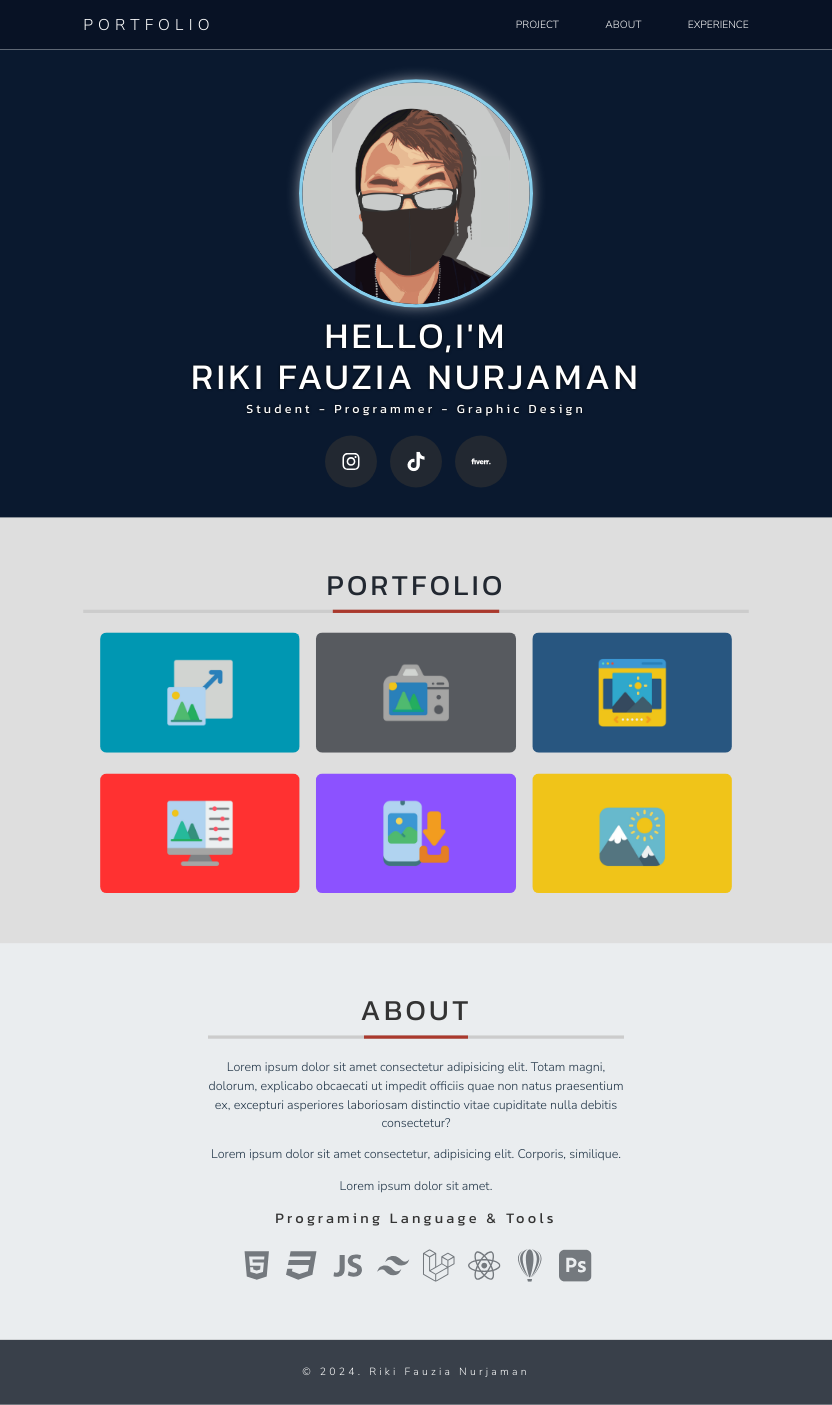
Repository: sellayspy/Portofolio
Page: /
The author's editor kept a copy of each file at every save. The page is drawn from the files as they stood at one save, then again after the next save.
The browser window is 1280 px wide. The pictures show the whole page, at 65% of full size.
The project was rebuilt for these pictures with package versions that can differ from the ones it lists, and the page was loaded fresh each time. Also part of the build but not shown: vite.config.js, src/styles/DetailPortfolio.css, src/components/ScrollToTop.jsx, src/pages/DetailPortfolio.jsx, src/pages/PagesNotFound.jsx, src/pages/Experience.jsx.

Above is the page before, as saved 2024-09-14 09:10:58.

### index.html
<!DOCTYPE html>
<html lang="en">
  <head>
    <meta charset="UTF-8" />
    <link rel="icon" type="image/svg+xml" href="/vite.svg" />
    <meta name="viewport" content="width=device-width, initial-scale=1.0" />
    <title>Portofolio RikiFN</title>
  </head>
  <body>
    <div id="root"></div>
    <script type="module" src="/src/main.jsx"></script>
  </body>
</html>

### src/App.jsx
import "./App.css";
import Home from "./pages/Home";
import DetailPortfolio from "./pages/DetailPortfolio";

import { BrowserRouter, Routes, Route } from "react-router-dom";
import PagesNotFound from "./pages/PagesNotFound";
import Experience from "./pages/Experience";

const App = () => {
  return (
    <BrowserRouter>
      <Routes>
        <Route path="/" element={<Home />} />
        <Route path="/portfolio/:id" element={<DetailPortfolio />} />
        <Route path="/experince" element={<Experience />} />
        <Route path="/pages-not-found" element={<PagesNotFound />} />
        <Route path="*" element={<PagesNotFound />} />
      </Routes>
    </BrowserRouter>
  );
};

export default App;

### src/App.css
/* Global */
@import url("https://fonts.googleapis.com/css2?family=Nunito+Sans:opsz,wght@6..12,300&display=swap");
@import url("https://fonts.googleapis.com/css2?family=Kanit&display=swap");

html,
body {
  margin: 0px;
  padding: 0px;
  font-size: 16px;
  font-family: "Nunito Sans", sans-serif;
  scroll-behavior: smooth;
  background-color: #dedede;
}
.wrapper {
  width: 1024px;
  margin: auto;
  padding: 20px 0px 20px 0px;
}

section {
  padding: 50px 0px 50px 0px;
}

.wrapper > h3,
.wrapper > h1 {
  text-align: center;
  font-size: 2.8rem;
  margin: 0px 0px 30px 0px;
  padding: 0px;
  font-family: "Kanit", sans-serif;
  color: #222831;
  letter-spacing: 5px;
  text-transform: uppercase;
  border-bottom: 5px solid #cccccc;
}
.wrapper > h3::after,
.wrapper > h1::after {
  content: "";
  display: block;
  border-bottom: 5px solid #aa392d;
  width: 25%;
  position: relative;
  bottom: -5px; /* your padding + border-width */
  margin: auto;
}

@media only screen and (max-width: 1000px) {
  .wrapper {
    width: 80%;
  }
}

### src/pages/Home.jsx
import About from "../components/About";
import Footer from "../components/Footer";
import Header from "../components/Header";
import Navbar from "../components/Navbar";
import Portfolio from "../components/Portfolio";

function Home() {
  return (
    <>
      <Navbar />
      <Header />
      <Portfolio />
      <About />
      <Footer />
    </>
  );
}

export default Home;

### src/components/About.jsx
import { FaHtml5 } from "react-icons/fa";
import { IoLogoJavascript } from "react-icons/io";
import { FaCss3 } from "react-icons/fa";
import { FaLaravel } from "react-icons/fa";
import { FaReact } from "react-icons/fa";
import { RiTailwindCssFill } from "react-icons/ri";
import { SiCoreldraw } from "react-icons/si";
import { SiAdobephotoshop } from "react-icons/si";
import "../styles/About.css";

const About = () => {
  return (
    <section id="about">
      <div className="wrapper">
        <h3>About</h3>
        <p>
          Lorem ipsum dolor sit amet consectetur adipisicing elit. Totam magni,
          dolorum, explicabo obcaecati ut impedit officiis quae non natus
          praesentium ex, excepturi asperiores laboriosam distinctio vitae
          cupiditate nulla debitis consectetur?
        </p>
        <p>
          Lorem ipsum dolor sit amet consectetur, adipisicing elit. Corporis,
          similique.
        </p>
        <p>Lorem ipsum dolor sit amet.</p>
        <h4>Programing Language & Tools</h4>
        <div className="skills">
          <FaHtml5 />
          <FaCss3 />
          <IoLogoJavascript />
          <RiTailwindCssFill />
          <FaLaravel />
          <FaReact />
          <SiCoreldraw />
          <SiAdobephotoshop />
        </div>
      </div>
    </section>
  );
};

export default About;

### src/components/Footer.jsx
import "../styles/Footer.css";

const Footer = () => {
  return <footer>&copy; 2024. Riki Fauzia Nurjaman</footer>;
};

export default Footer;

### src/components/Header.jsx
import profilePicture from "../assets/test.png";
import { FaInstagram } from "react-icons/fa";
import { FaTiktok } from "react-icons/fa";
import { SiFiverr } from "react-icons/si";
import "../styles/Header.css";
const Header = () => {
  return (
    <header>
      <div className="header-jumbotron">
        <img src={profilePicture} />
        <div className="header-text">
          <h3>
            Hello,I'm
            <br />
            Riki Fauzia Nurjaman
          </h3>
          <p>Student - Programmer - Graphic Design</p>
        </div>
        <div className="socialMedia">
          <a href="">
            <FaInstagram />
          </a>
          <a href="">
            <FaTiktok />
          </a>
          <a href="">
            <SiFiverr />
          </a>
        </div>
      </div>
    </header>
  );
};

export default Header;

### src/components/Navbar.jsx
import { FaBars } from "react-icons/fa6";
import { IoClose } from "react-icons/io5";
import "../styles/Navbar.css";
import { useState } from "react";
import { HashLink } from "react-router-hash-link";
import { Link } from "react-router-dom";

const Navbar = () => {
  const [statusTampil, setStatusTampil] = useState("");

  const tampilMenu = () => {
    if (statusTampil == "") {
      setStatusTampil("tampil");
    } else {
      setStatusTampil("");
    }
  };
  return (
    <nav>
      <div className="wrapper">
        <div className="logo">
          <Link to="/">Portfolio</Link>
        </div>
        <button onClick={tampilMenu}>
          {statusTampil == "" ? <FaBars /> : <IoClose />}
        </button>
        <div className={`menu ${statusTampil}`} onClick={tampilMenu}>
          <ul>
            <li>
              <HashLink to="/#portfolio">Project</HashLink>
            </li>
            <li>
              <HashLink to="/#about">About</HashLink>
            </li>
            <li>
              <Link to="/experince">Experience</Link>
            </li>
          </ul>
        </div>
      </div>
    </nav>
  );
};

export default Navbar;

### src/components/Portfolio.jsx
import { portfolioList } from "../data/DataPortfolio";

import { Link } from "react-router-dom";

import "../styles/Portfolio.css";

const Portfolio = () => {
  return (
    <section id="portfolio">
      <div className="wrapper">
        <h3>Portfolio</h3>
        <div className="grid">
          {portfolioList.map((item) => {
            return (
              <div className="item" key={item.id}>
                <Link to={`/portfolio/${item.id}`}>
                  <img src={item.image} />
                </Link>
              </div>
            );
          })}
        </div>
      </div>
    </section>
  );
};

export default Portfolio;

### src/data/DataPortfolio.jsx
import portfolio1 from "../assets/portfolio1.png";
import portfolio2 from "../assets/portfolio2.png";
import portfolio3 from "../assets/portfolio3.png";
import portfolio4 from "../assets/portfolio4.png";
import portfolio5 from "../assets/portfolio5.png";
import portfolio6 from "../assets/portfolio6.png";

export const portfolioList = [
  {
    id: "1",
    title: "Website Portofolio",
    image: portfolio1,
    skill: "html, css, javascript",
  },
  {
    id: "2",
    title: "Website Portofolio2",
    image: portfolio2,
    skill: "laravel, react, api, typescript, tailwind",
  },
  {
    id: "3",
    title: "Website Portofolio3",
    image: portfolio3,
    skill: "react, javascript, css, html",
  },
  {
    id: "4",
    title: "Website Portofolio4",
    image: portfolio4,
    skill: "reactjs, typescript, tailwind, nodejs",
  },
  {
    id: "5",
    title: "Desain Grafis Portofolio",
    image: portfolio5,
    skill: "adobephotoshop, coreldraw",
  },
  {
    id: "6",
    title: "Desain Grafis Portofolio2",
    image: portfolio6,
    skill: "adobephotoshop, coreldraw",
  },
];

### src/styles/About.css
#about {
  background-color: #eaedef;
  position: relative;
  font-size: 1.2rem;
}
#about > .wrapper {
  margin: auto;
  width: 50%;
}
#about > .wrapper > h3 {
  text-align: center;
  font-size: 2.8rem;
  margin: 0px 0px 30px 0px;
  padding: 0px;
  font-family: "Kanit", sans-serif;
  color: #333;
  letter-spacing: 5px;
  text-transform: uppercase;
}
#about > .wrapper > p {
  text-align: center;
}

#about > .wrapper > h4 {
  text-align: center;
  font-size: 1.4rem;
  margin: 0px 0px 20px 0px;
  padding: 0px;
  font-family: "Kanit", sans-serif;
  letter-spacing: 5px;
  color: #333;
}
.skills {
  text-align: center;
}
.skills > svg {
  display: inline-block;
  color: #74797e;
  width: 50px;
  height: auto;
  margin: 10px;
  cursor: pointer;
}

.skills > svg:hover {
  color: #aa392d;
}

@media only screen and (max-width: 1000px) {
  #about > .wrapper {
    width: 80%;
  }
}

### src/styles/Footer.css
footer {
  background-color: #39404a;
  text-align: center;
  line-height: 100px;
  color: #fff;
  letter-spacing: 5px;
}

### src/styles/Header.css
header {
  background-color: #0a192f;
  height: 100vh;
  background-position: center center;
  position: relative;
  font-family: "Kanit", sans-serif;
  letter-spacing: 5px;
  text-shadow: 0 0 4px #000;
}

.header-jumbotron {
  position: relative;
  top: 0;
  left: 0;
  display: flex;
  width: 100%;
  height: 100%;
  justify-content: center;
  align-items: center;
  flex-direction: column;
  text-align: center;
}

.header-jumbotron > img {
  width: 350px;
  border: 5px solid skyblue;
  border-radius: 100%;
  box-shadow: 0px 0px 20px rgba(255, 255, 255, 0.5);
}

.header-jumbotron > .header-text > h3 {
  color: #fff;
  margin: 10px 0px 0px 0px;
  padding: 0px;
  font-size: 3.5rem;
  line-height: 4rem;
  text-transform: uppercase;
}

.header-jumbotron > .header-text > p {
  padding: 5px;
  margin: 0px 5px 20px 5px;
  color: #fff;
  font-size: 1.2rem;
}
.socialMedia {
  color: #fff;
  display: flex;
  gap: 20px;
}

.socialMedia > a {
  background-color: #222831;
  color: #fff;
  width: 80px;
  height: 80px;
  border-radius: 50%;
  display: flex;
  justify-content: center;
  align-items: center;
}
.socialMedia > a > svg {
  height: 30px;
  width: auto;
}
.socialMedia > a:hover {
  background-color: #aa392d;
  box-shadow: 0px 0px 20px rgba(255, 255, 255, 0.5);
}

@media only screen and (max-width: 1000px) {
  .socialMedia > a {
    width: 60px;
    height: 60px;
  }

  .socialMedia > a > svg {
    height: 30px;
    width: auto;
  }
}

### src/styles/Navbar.css
nav {
  background-color: #081225;
  color: #fff;
  position: sticky;
  top: 0;
  z-index: 100;
  text-transform: uppercase;
}
nav > .wrapper {
  display: flex;
  justify-content: space-between;
  align-items: center;
}

.menu {
  width: 35%;
}

.logo {
  display: flex;
  align-items: center;
}
.logo > a {
  color: #fff;
  text-decoration: none;
  font-size: 1.5rem;
  font-weight: 900;
  letter-spacing: 8px;
}
.menu > ul {
  display: flex;
  list-style-type: none;
  margin: 0px;
  padding: 0px;
  justify-content: space-between;
  font-weight: bold;
}

.menu > ul > li:hover {
  border-bottom: 3px solid yellow;
}

.menu > ul > li > a {
  text-decoration: none;
  color: #fff;
}
nav > .wrapper > button {
  cursor: pointer;
  display: none;
  position: absolute;
  right: 10px;
  top: 10px;
  border: 0px;
  background-color: transparent;
  padding: 0px;
}
nav > .wrapper > button > svg {
  color: #fff;
  font-size: 50px;
}
@media only screen and (max-width: 1000px) {
  .menu > ul {
    display: none;
  }
  .menu.tampil > ul {
    display: inline;
  }
  .menu {
    text-align: right;
  }
  nav > .wrapper > button {
    display: inline;
  }
  .menu > ul {
    flex-direction: column;
    background-color: #060d1c;
    width: 100%;
    position: fixed;
    top: 70px;
    left: 0;
  }
  .menu > ul > li {
    text-align: left;
    cursor: pointer;
  }
  .menu > ul > li > a {
    display: inline-block;
    padding: 15px 20px 15px 50px;
    width: 100%;
  }
  .menu > ul > li > a:hover {
    background-color: #000;
  }
}

### src/styles/Portfolio.css
.grid {
  display: grid;
  grid-template-columns: 30% 30% 30%;
  grid-gap: 25px;
  justify-content: center;
}

.grid > .item > a > img {
  width: 100%;
  border-radius: 10px;
}

@media only screen and (max-width: 1000px) {
  .grid {
    grid-template-columns: 45% 45%;
  }
}

Loaded but not shown: src/main.jsx (common file); src/index.css (common file)

After the next save:
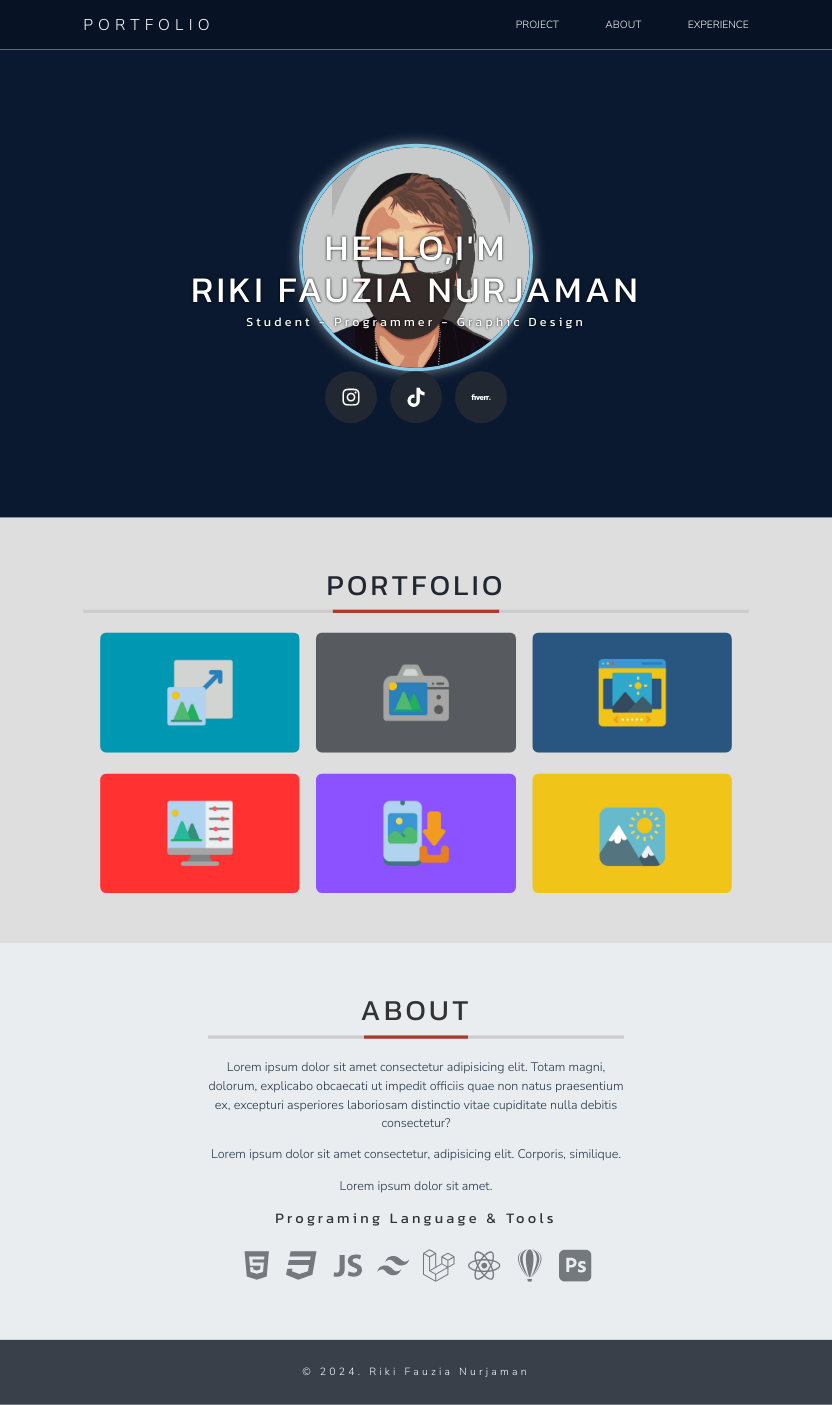
Saved 33 s later.
--- a/src/styles/Header.css
+++ b/src/styles/Header.css
@@ -19,6 +19,10 @@
   align-items: center;
   flex-direction: column;
   text-align: center;
+}
+
+.header-text {
+  position: absolute;
 }
 
 .header-jumbotron > img {

After the save that followed:
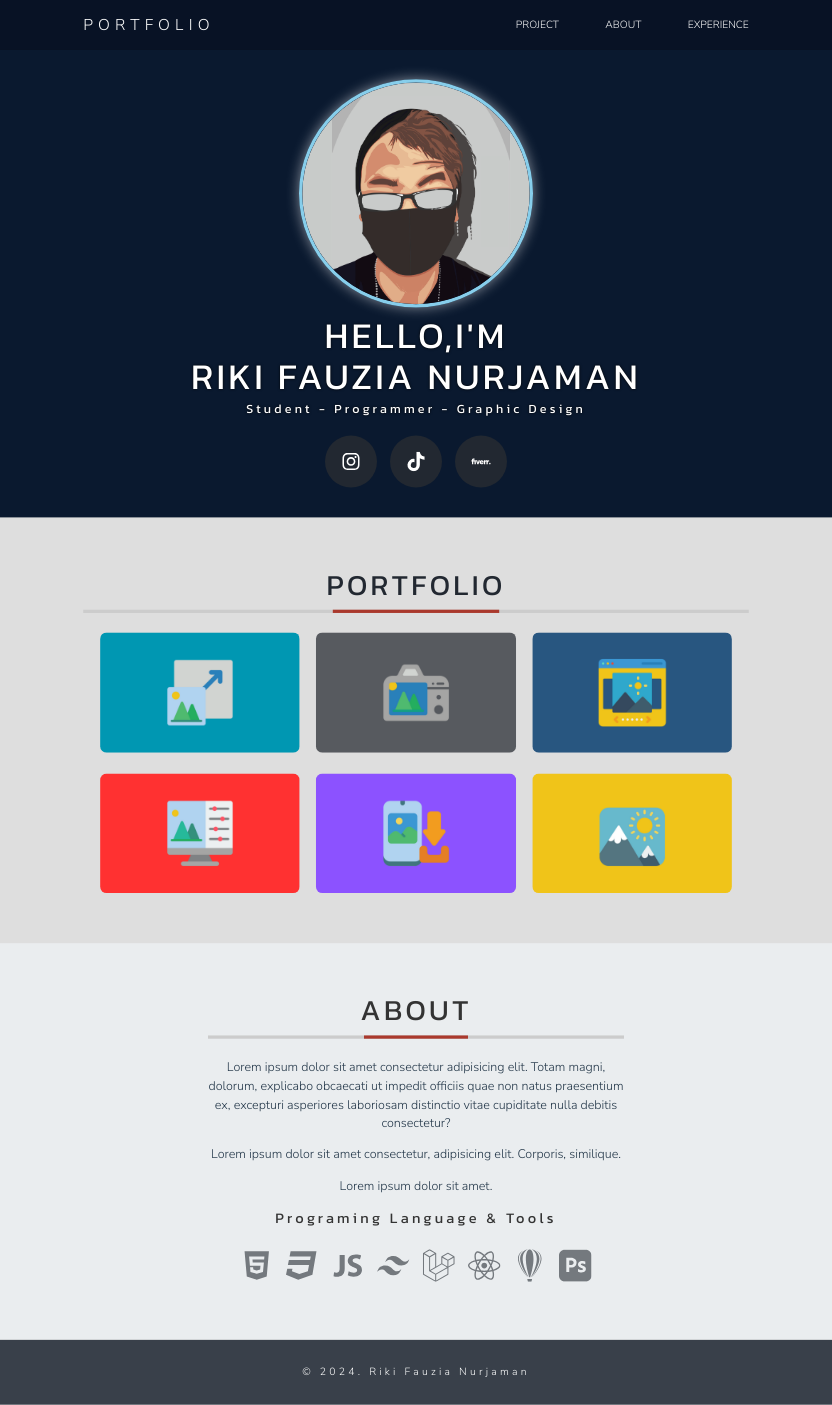
Saved 72 s later.
--- a/src/styles/Header.css
+++ b/src/styles/Header.css
@@ -19,10 +19,6 @@
   align-items: center;
   flex-direction: column;
   text-align: center;
-}
-
-.header-text {
-  position: absolute;
 }
 
 .header-jumbotron > img {
